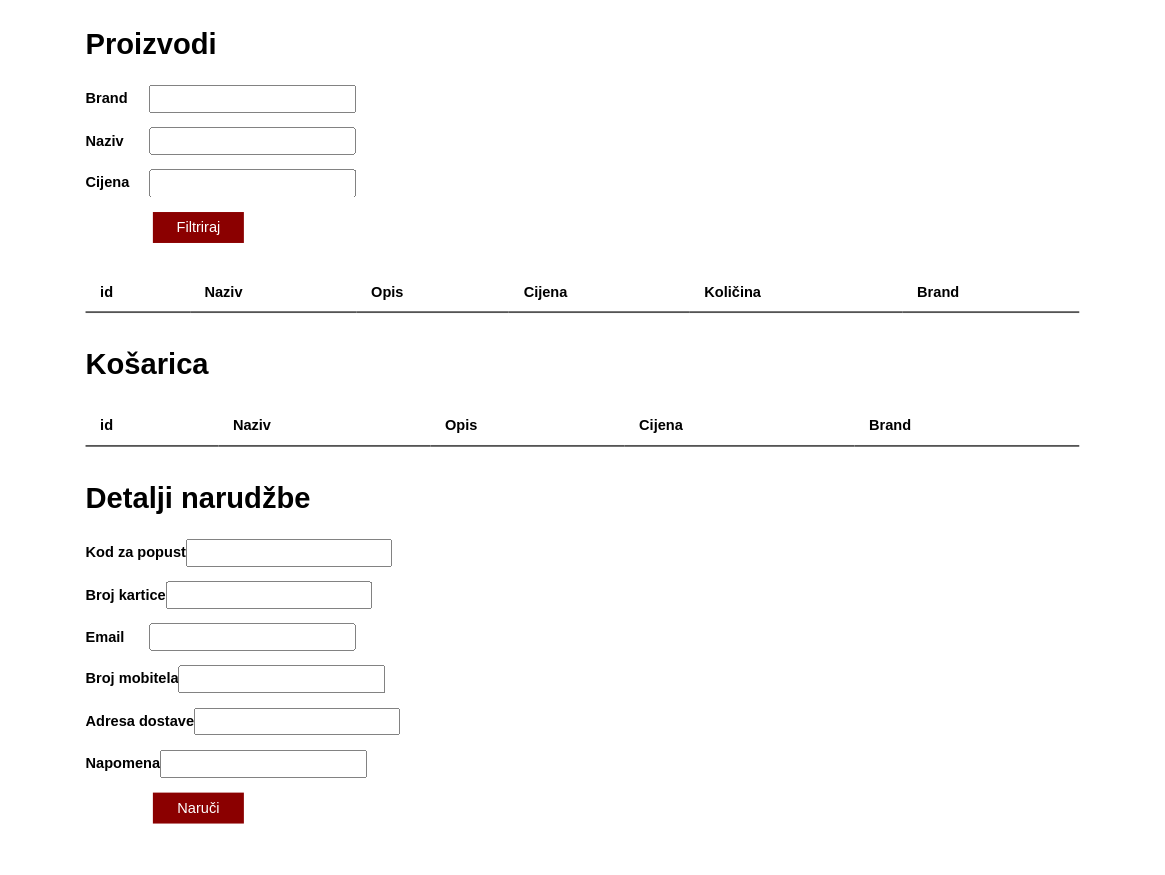
Repository: ivan-baljkas/pristupni_zadatak
Page: / (app in frontend/react-akademija-master/)
These files come from the project's save history. The page is drawn as it stood at one moment and after the next save; the edit follows.
The browser window is 1280 px wide. The pictures show the whole page, at 91% of full size.
The page's requests for data from a server got no answer. The project was rebuilt for these pictures with package versions that can differ from the ones it lists, and the page was loaded fresh each time. No one was signed in, and anything a server would have sent is missing. Also part of the build but not shown: frontend/react-akademija-master/src/components/TableItem.jsx, frontend/react-akademija-master/src/components/TableItem2.jsx.

Above is the page before, as saved 2021-07-26 11:36:24.

### frontend/react-akademija-master/public/index.html
<!DOCTYPE html>
<html lang="en">
  <head>
    <meta charset="utf-8" />
    <link rel="icon" href="%PUBLIC_URL%/favicon.ico" />
    <meta name="viewport" content="width=device-width, initial-scale=1" />
    <meta name="theme-color" content="#000000" />
    <meta
      name="description"
      content="Web site created using create-react-app"
    />
    <link rel="apple-touch-icon" href="%PUBLIC_URL%/logo192.png" />
    <!--
      manifest.json provides metadata used when your web app is installed on a
      user's mobile device or desktop. See https://developers.google.com/web/fundamentals/web-app-manifest/
    -->
    <link rel="manifest" href="%PUBLIC_URL%/manifest.json" />
    <!--
      Notice the use of %PUBLIC_URL% in the tags above.
      It will be replaced with the URL of the `public` folder during the build.
      Only files inside the `public` folder can be referenced from the HTML.

      Unlike "/favicon.ico" or "favicon.ico", "%PUBLIC_URL%/favicon.ico" will
      work correctly both with client-side routing and a non-root public URL.
      Learn how to configure a non-root public URL by running `npm run build`.
    -->
    <link rel="stylesheet" type="text/css" href="https://cdnjs.cloudflare.com/ajax/libs/normalize/8.0.1/normalize.min.css">
    <title>Ivan Baljkas</title>
  </head>
  <body>
    <noscript>You need to enable JavaScript to run this app.</noscript>
    <div id="root"></div>
    <!--
      This HTML file is a template.
      If you open it directly in the browser, you will see an empty page.

      You can add webfonts, meta tags, or analytics to this file.
      The build step will place the bundled scripts into the <body> tag.

      To begin the development, run `npm start` or `yarn start`.
      To create a production bundle, use `npm run build` or `yarn build`.
    -->
  </body>
</html>

### frontend/react-akademija-master/src/index.css
body {
  margin: 0;
  font-family: -apple-system, BlinkMacSystemFont, "Segoe UI", "Roboto", "Oxygen",
    "Ubuntu", "Cantarell", "Fira Sans", "Droid Sans", "Helvetica Neue",
    sans-serif;
  -webkit-font-smoothing: antialiased;
  -moz-osx-font-smoothing: grayscale;
}

body {
  max-width: 1140px;
  margin: 0 auto;
  padding: 24px;
  font-family: Arial, sans-serif;
  font-size: 16px;
  line-height: 1.5;
}

h1 {
  margin-top: 0;
}

html {
  box-sizing: border-box;
}
*,
*:before,
*:after {
  box-sizing: inherit;
}

table {
  border-collapse: collapse;
  text-align: left;
  margin-bottom: 2em;
  width: 100%;
}

thead {
  border-bottom: 2px solid #555;
}

thead th,
td {
  padding: 0.6em 1em;
}

tbody tr:nth-child(even) {
  background-color: #e9e9e9;
}

.pagination {
  text-align: center;
}

button {
  margin: 0 1.5em;
  background-color: darkred;
  color: white;
  border-width: 0;
  padding: 0.5em 1em;
  min-width: 100px;
}

button:disabled {
  opacity: 0.5;
}

.stats {
  border-bottom: 1px solid #555;
  padding-bottom: 1em;
  margin-bottom: 1em;
  text-align: center;
}

form div {
  margin-bottom: 1em;
}

form {
  margin-bottom: 2em;
}

form label {
  display: inline-block;
  min-width: 70px;
}

form button,
.result {
  margin-left: 74px;
}

form input {
  padding: 0.25em 0.5em;
}

form label {
  font-weight: bold;
}

.container {
  width: 500px;
  clear: both;
}

.container input {
  width: 100%;
  clear: both;
}

### frontend/react-akademija-master/src/App.js
import React, {useState, useEffect} from "react";
import { SearchForm } from "./components/SearchForm";
import { CollectionTable } from "./components/CollectionTable";
import { TableItem } from "./components/TableItem";
import { TableItem2 } from "./components/TableItem2";
import { CollectionTable2 } from "./components/CollectionTable2";
import { NarudzbaForm } from "./components/NarudzbaForm";


const App = () => {

  const [state, setState]= useState({
      proizvodi:[],
      odabraniProizvodi:[],
      brandovi: [],
      narudzbaId: 1
  });

  const[formState, setFormState] = useState({
      brand:'',
      naziv:'',
      cijena:0
  });


  /* Dohvaćanje proizvoda */
useEffect(() => {
  fetch(`http://localhost:8080/api/proizvod`)
    .then((data) => data.json())
    .then((data) => {
      console.log(data)
      setState({...state, proizvodi:data})
    })
    .catch((error)=>{
        console.log('Error: ',error);
    });

    /*Dohvaćanje brandova*/
    fetch(`http://localhost:8080/api/brand`)
    .then((data) => data.json())
    .then((data) => {
      console.log(data)
      setState({...state, brandovi:data})
    })
    .catch((error)=>{
        console.log('Error: ',error);
    });
},[]);

// za filtriranje
const handleSearch = (event) => {
  event.preventDefault();

  let helpBrand = formState.brand.length > 0 ? formState.brand: 'null';
  let helpNaziv = formState.naziv.length > 0 ? formState.naziv: 'null';
  let helpCijena = (formState.cijena.length >0) ? formState.cijena : 0;

  console.log('brand: ', helpBrand)
  console.log('naziv: ', helpNaziv)
  console.log('cijena: ', helpCijena)

  let apiUrl = `http://localhost:8080/api/proizvod?brand=${helpBrand}&naziv=${helpNaziv}&cijena=${helpCijena}`;

  fetch(apiUrl)
    .then((data) => data.json())
    .then((data) => {
      console.log(data)
      setState({...state, proizvodi:data})
    })
    .catch((error)=>{
        console.log('Error: ',error);
    });


};

// za svaku promjenu u unosu filtera
const handleQueryChange = (event) => {
  const value = event.currentTarget.value;
  setFormState({ ...formState, [event.target.name]: value });

  console.log(event.target.name,":",event.currentTarget.value)
  };


  // za dodavanje proizvoda u košaricu
const handleDodajProizvod = (proizvodId) => {

  const data = { narudzbaId: state.narudzbaId, proizvodId: proizvodId };


  fetch('http://localhost:8080/api/narudzba-proizvod', {
        method: 'POST',
        headers: {
        'Content-Type': 'application/json',
        },
        body: JSON.stringify(data),
        })
        .then(response => response.json())
        .then(data => {
        console.log('Success:', data);
          })
      .catch((error) => {
      console.error('Error:', error);
        });


  let newProizvodi = state.proizvodi;
  newProizvodi.forEach(p=>{
    if(p.id === proizvodId){
        p.kolicina=p.kolicina-1;
    }
  });


  fetch(`http://localhost:8080/api/proizvod/${proizvodId}`)
  .then((data) => data.json())
  .then((data) => {
    setState({...state,
                proizvodi:newProizvodi.filter(p=> p.kolicina>0),
               odabraniProizvodi:[...state.odabraniProizvodi, data]
              });

  })
  .catch((error)=>{
      console.log('Error: ',error);
  });

};



// za uklanjanje proizvoda iz košarice
const handleUkloniProizvod = (proizvodId) => {

  fetch(`http://localhost:8080/api/narudzba-proizvod/${state.narudzbaId}/${proizvodId}`,
  { method: 'DELETE' })

  let newProizvodi = state.proizvodi;
  newProizvodi.forEach(p=>{
    if(p.id === proizvodId){
        p.kolicina=p.kolicina+1;
    }
  });

  let proizvodZaIzbaciti;
  let newodabraniProizvodi = state.odabraniProizvodi;
  newodabraniProizvodi.forEach(p=>{
    if(p.id === proizvodId){
        proizvodZaIzbaciti = p;
    }
  })

  const index = newodabraniProizvodi.indexOf(proizvodZaIzbaciti);
  newodabraniProizvodi.splice(index, 1)

  setState({...state,
    odabraniProizvodi:newodabraniProizvodi
   });

};

  return (
    <div>
      <header>
        <h1>
          Proizvodi
        </h1>
      </header>
      <SearchForm state={state}  handleSearch={handleSearch} handleQueryChange={handleQueryChange}/>
        <CollectionTable>
        {state.proizvodi.map(proizvod=>(
          <TableItem id={proizvod.id} {...proizvod} brandovi={state.brandovi} handleDodajProizvod={handleDodajProizvod}/>
        ))}
        </CollectionTable>
        <h1>
          Košarica
        </h1>
        <CollectionTable2>
        {state.odabraniProizvodi.map(proizvod=>(
          <TableItem2 id={proizvod.id} {...proizvod} brandovi={state.brandovi} handleUkloniProizvod={handleUkloniProizvod}/>
        ))}
        </CollectionTable2>
        <h1>
          Detalji narudžbe
        </h1>
        <NarudzbaForm/>
    </div>
  );
};

export default App;

### frontend/react-akademija-master/src/components/SearchForm.jsx
import React from 'react'

export const SearchForm = (props) =>{

    return(
        <div>
            <form  onClick={props.handleSearch}>
            <div>

                <label htmlFor="query">Brand</label>
                <input type="text" id="brand" name="brand" onChange={props.handleQueryChange}/>

            </div>
            <div>
            <   label htmlFor="query">Naziv</label>
                <input type="text" id="naziv" name="naziv" onChange={props.handleQueryChange}/>
            </div>
            <div>
                <label htmlFor="query">Cijena</label>
                <input type="number" id="cijena" name="cijena" onChange={props.handleQueryChange}/>

            </div>
            <div>
                <button type="submit">Filtriraj</button>
            </div>

            </form>

        </div>
    );
};

### frontend/react-akademija-master/src/components/CollectionTable.jsx
import React from 'react'

export const CollectionTable = (props) =>{

    return(
        <div>
            <table>
            <thead>
                <tr>
                    <th>id</th>
                    <th>Naziv</th>
                    <th>Opis</th>
                    <th>Cijena</th>
                    <th>Količina</th>
                    <th>Brand</th>
                </tr>
            </thead>
             <tbody>
                {props.children}
            </tbody>

            </table>
        </div>
    );
};

### frontend/react-akademija-master/src/components/CollectionTable2.jsx
import React from 'react'

export const CollectionTable2 = (props) =>{

    return(
        <div>
            <table>
            <thead>
                <tr>
                    <th>id</th>
                    <th>Naziv</th>
                    <th>Opis</th>
                    <th>Cijena</th>
                    <th>Brand</th>
                </tr>
            </thead>
             <tbody>
                {props.children}
            </tbody>

            </table>
        </div>
    );
};

### frontend/react-akademija-master/src/components/NarudzbaForm.jsx
import React from 'react'

export const NarudzbaForm = (props) =>{

    return(
        <div>
            <form  onClick={props.handleSearch}>
            <div>

                <label htmlFor="query">Kod za popust</label>
                <input type="text" id="brand" name="brand" onChange={props.handleQueryChange}/>

            </div>
            <div>

                <label htmlFor="query">Broj kartice</label>
                <input type="text" id="brand" name="brand" onChange={props.handleQueryChange}/>

            </div>

            <div>

                <label htmlFor="query">Email</label>
                <input type="email" id="brand" name="brand" onChange={props.handleQueryChange}/>

            </div>

            <div>

                <label htmlFor="query">Broj mobitela</label>
                <input type="text" id="brand" name="brand" onChange={props.handleQueryChange}/>

            </div>

            <div>

                <label htmlFor="query">Adresa dostave</label>
                <input type="text" id="brand" name="brand" onChange={props.handleQueryChange}/>

            </div>

            <div>

                <label htmlFor="query">Napomena</label>
                <input type="text" id="brand" name="brand" onChange={props.handleQueryChange}/>

            </div>
            <div>
                <button type="submit">Naruči</button>
            </div>

            </form>

        </div>
    );
};

Loaded but not shown: frontend/react-akademija-master/src/index.js (common file); frontend/react-akademija-master/src/reportWebVitals.js (common file)

After the next save:
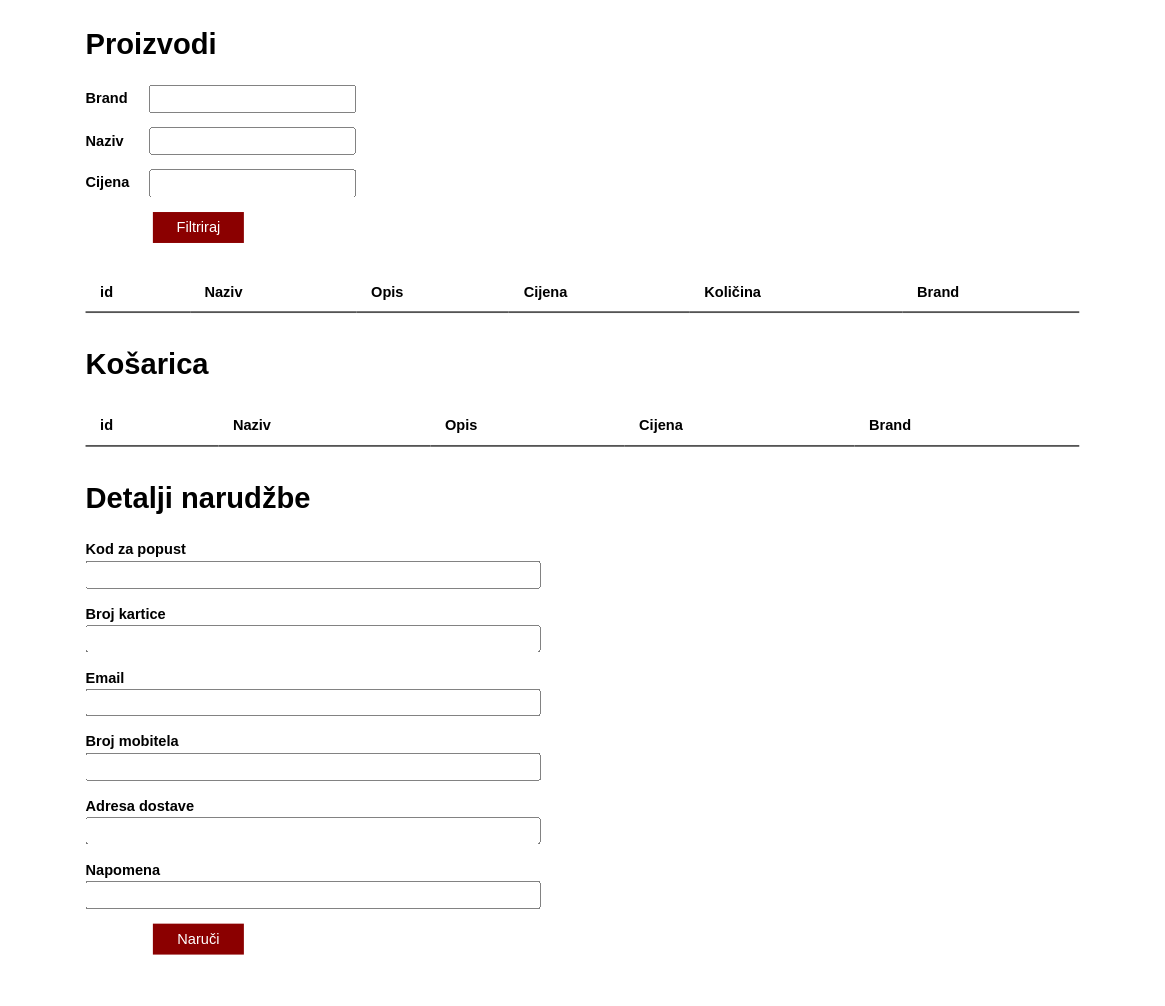
Saved 22 s later.
--- a/frontend/react-akademija-master/src/components/NarudzbaForm.jsx
+++ b/frontend/react-akademija-master/src/components/NarudzbaForm.jsx
@@ -4,7 +4,7 @@ export const NarudzbaForm = (props) =>{
 
     return(
         <div>
-            <form  onClick={props.handleSearch}>
+            <form className="container" onClick={props.handleSearch}>
             <div>
 
                 <label htmlFor="query">Kod za popust</label>
